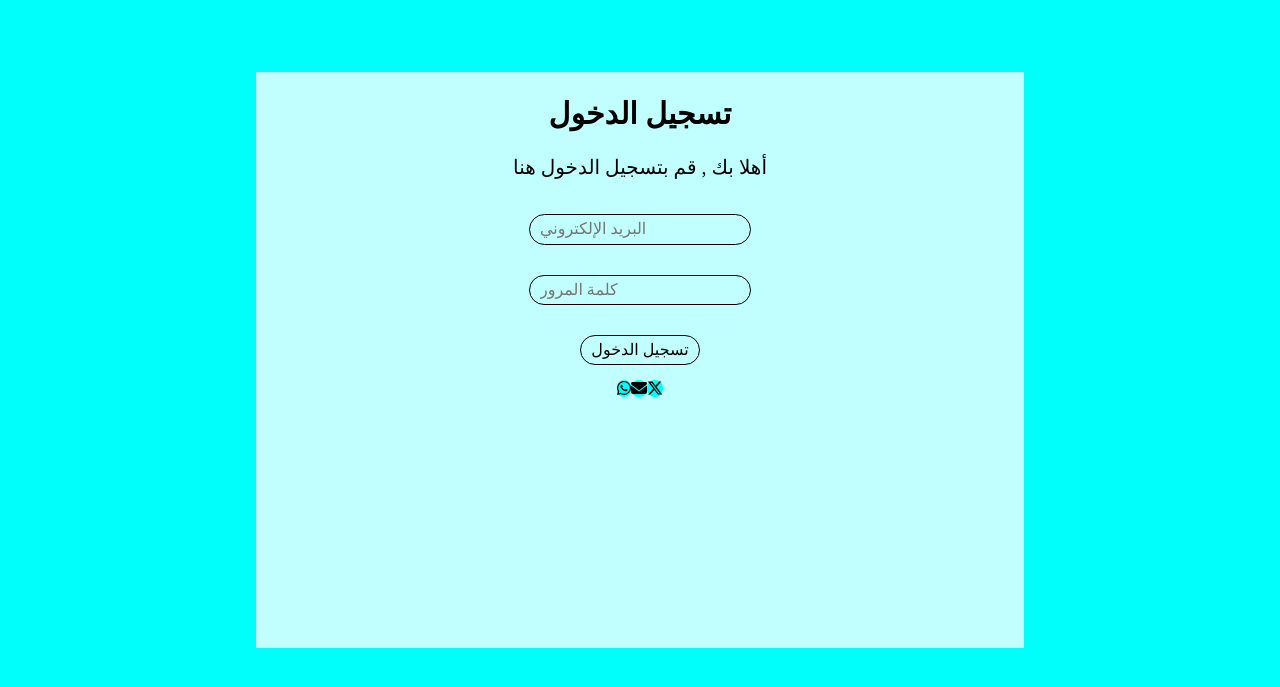
Repository: FaisalFahed/login-page
Page: html/صفحة تسجيل دخول.html
These files come from the project's save history. The page is drawn as it stood at one moment and after a run of saves; the edit follows.
The browser window is 1280 px wide. The pictures show the whole page.
Some web fonts or font styles are not loaded; a fallback is used.

Above is the page before, as saved 2025-04-01 08:40:58.

After the next 3 saves:
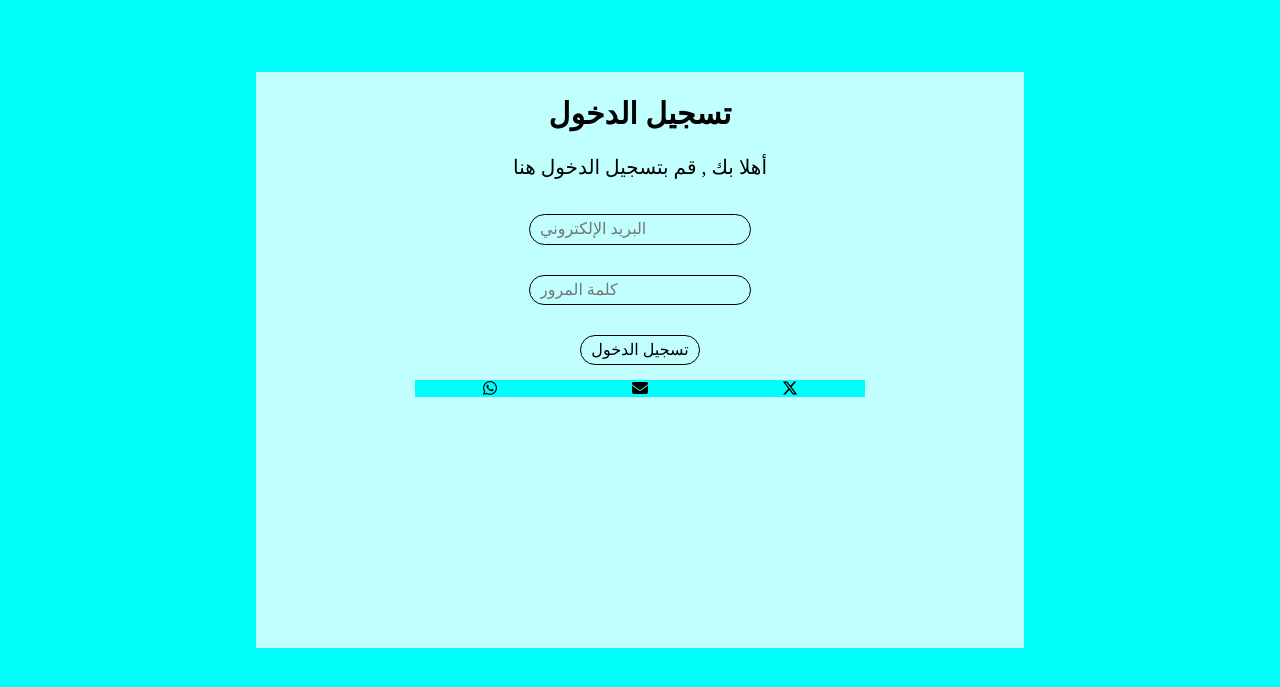
The 3 saves are shown as one change because they came seconds apart.
The last was saved 31 s later.
--- a/css/صفحة تسجيل دخول.css
+++ b/css/صفحة تسجيل دخول.css
@@ -74,11 +74,12 @@ ul{
 .icons ul li a{
     color: black;
     background-color: rgb(0, 255, 251);
+}
+.icons ul li a i{
     width: 150px;
     height: 150px;
     border-radius: 10px;
 }
-
 /* @media (min-width:768px){
     .container{
         width: 750px;
